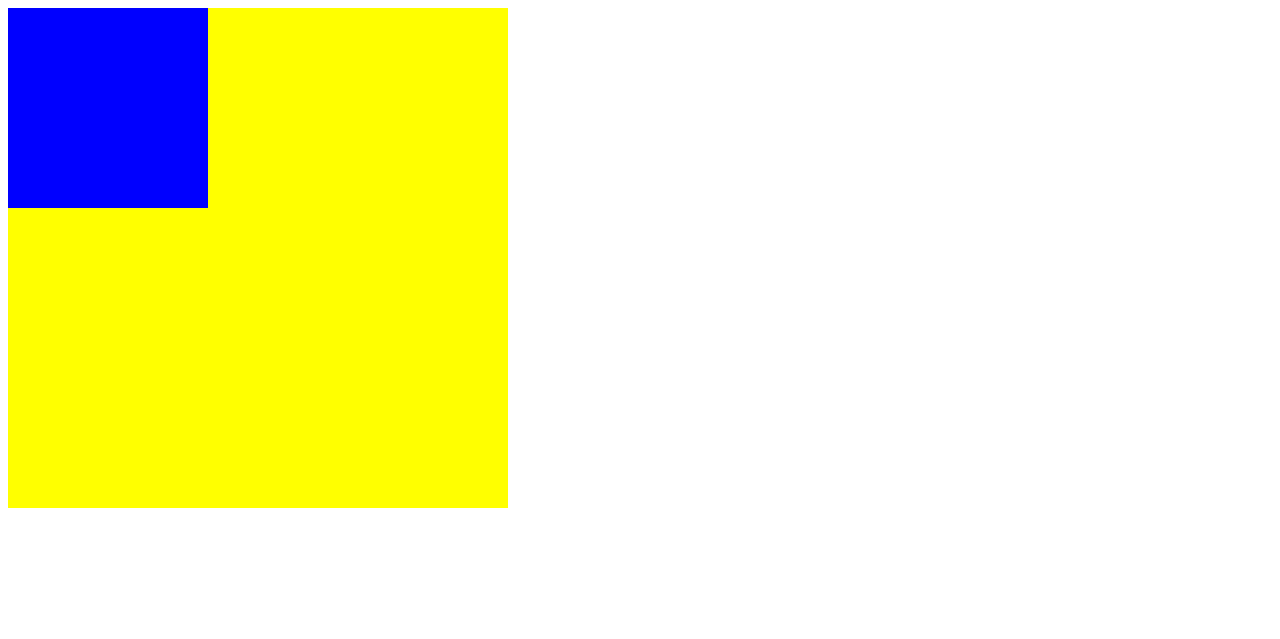
Repository: hminah0215/bitcamp
Page: http://localhost/day0218/exam02/ex16.jsp
These files come from the project's save history. The page is drawn as it stood at one moment and after the next save; the edit follows.
The browser window is 1280 px wide. The pictures show the whole page.
The page is served by Tomcat 9.

Above is the page before, as saved 2020-02-18 01:55:32.

After the next save:
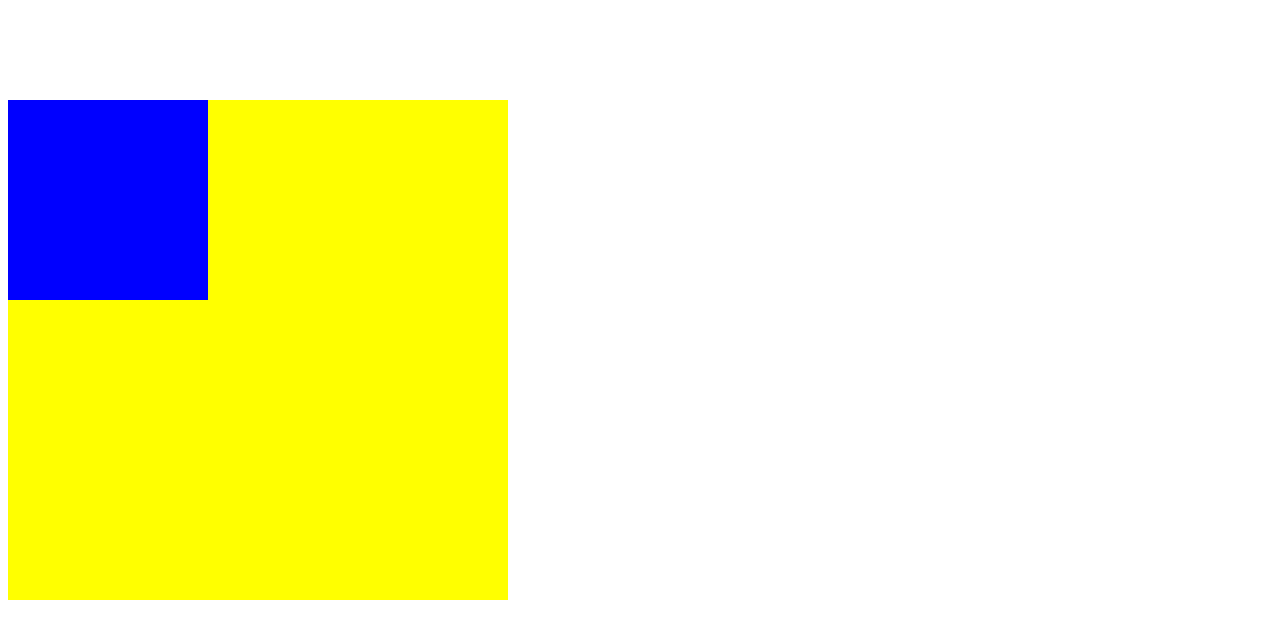
Saved 43 s later.
--- a/save_eclipse/day0218/WebContent/exam02/ex16.jsp
+++ b/save_eclipse/day0218/WebContent/exam02/ex16.jsp
@@ -7,7 +7,7 @@
 <title>Insert title here</title>
 <style type="text/css">
 	#parent{width: 500px; height: 500px; background: yellow;}
-	#child{width: 200px; height: 200px; background: blue;}
+	#child{width: 200px; height: 200px; background: blue; position: static; margin-top: 100px;}
 </style>
 </head>
 <body>

After the save that followed:
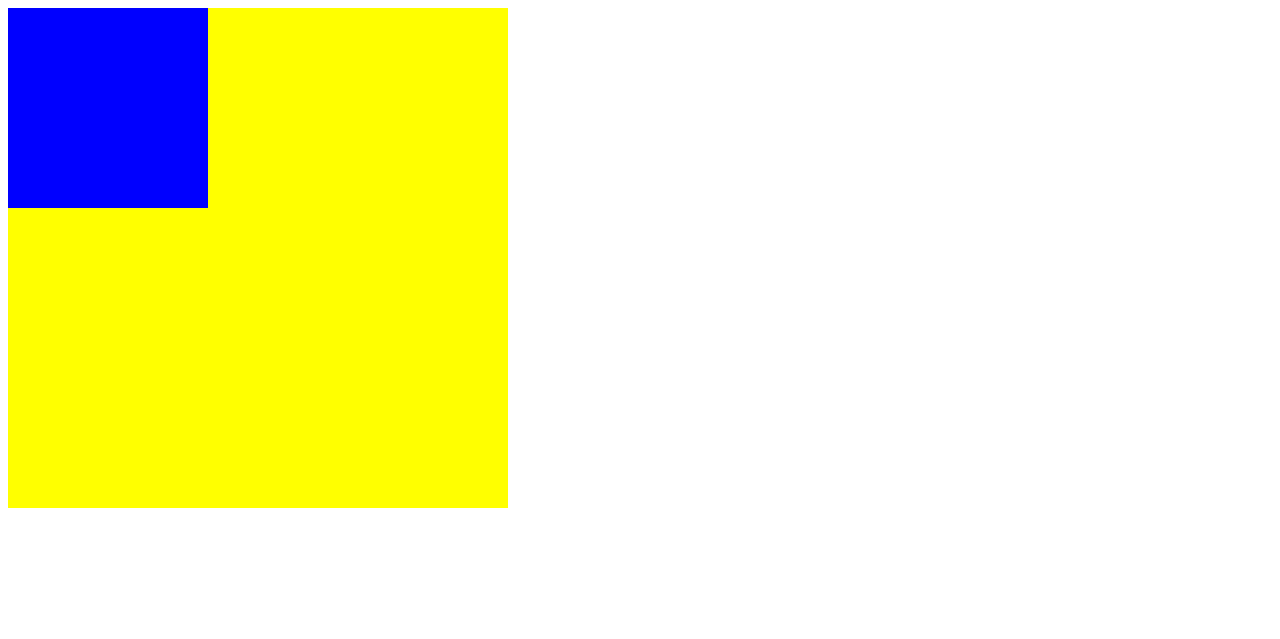
Saved 3 min 58 s later.
--- a/save_eclipse/day0218/WebContent/exam02/ex16.jsp
+++ b/save_eclipse/day0218/WebContent/exam02/ex16.jsp
@@ -7,7 +7,7 @@
 <title>Insert title here</title>
 <style type="text/css">
 	#parent{width: 500px; height: 500px; background: yellow;}
-	#child{width: 200px; height: 200px; background: blue; position: static; margin-top: 100px;}
+	#child{width: 200px; height: 200px; background: blue; position: static;}
 </style>
 </head>
 <body>
